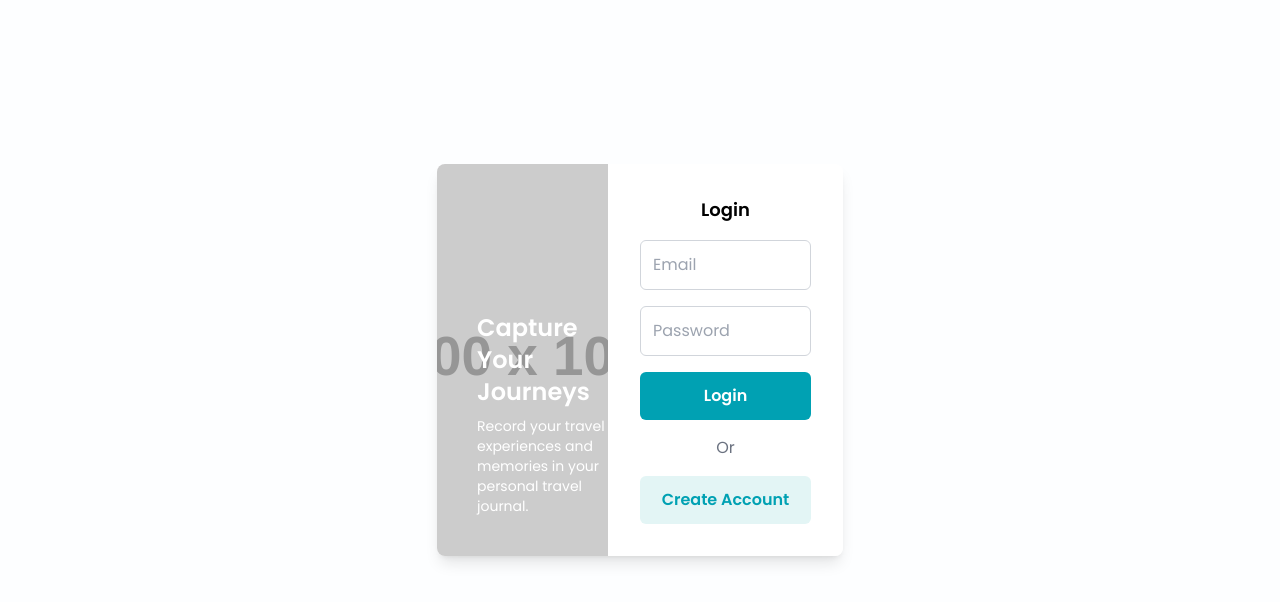
Repository: devi1262005/MERN-blogsite
Page: / (app in frontend/blog-app/)
The author's editor kept a copy of each file at every save. The page is drawn from the files as they stood at one save, then again after a run of saves.
The browser window is 1280 px wide. The pictures show the whole page.
The project was rebuilt for these pictures with package versions that can differ from the ones it lists, and the page was loaded fresh each time. Also part of the build but not shown: frontend/blog-app/vite.config.js, frontend/blog-app/src/pages/auth/SignUp.jsx, frontend/blog-app/src/pages/home/Home.jsx.

Above is the page before, as saved 2024-11-17 13:09:02.

### frontend/blog-app/src/index.css
@import url('https://fonts.googleapis.com/css2?family=Poppins:wght@400;500;600&display=swap');

@tailwind base;
@tailwind components;
@tailwind utilities;

@layer base {
  html {
    font-family: "Poppins", sans-serif;
  }
  body {
    @apply bg-[#fdfeff] flex justify-center items-center min-h-screen;
    overflow-x: hidden;
  }
}

@layer components {
  .page-container {
    @apply flex justify-center items-center w-full h-full;
  }

  .card {
    @apply flex flex-col md:flex-row bg-white rounded-lg shadow-lg w-full max-w-4xl overflow-hidden;
    margin: 16px; /* Added margin for spacing */
  }

  .left-section {
    @apply hidden md:flex flex-1 bg-cover bg-center relative;
    background-image: url("https://via.placeholder.com/100x100.png"); /* Replace with your image */
  }

  .overlay {
    @apply absolute text-white bottom-10 left-10;
  }

  .title {
    @apply text-2xl font-bold;
  }

  .subtitle {
    @apply mt-2 text-sm;
  }

  .right-section {
    @apply flex flex-col justify-center items-center p-8 flex-1 bg-white;
  }

  .login-title {
    @apply text-lg font-semibold mb-4;
  }

  .form {
    @apply w-full max-w-sm flex flex-col;
  }

  .input {
    @apply w-full p-3 mb-4 border border-gray-300 rounded-md;
  }

  .password-container {
    @apply relative flex items-center;
  }

  .login-button {
    @apply w-full p-3 bg-[#00a1b3] text-white font-bold rounded-md cursor-pointer;
  }

  .or-text {
    @apply my-4 text-gray-500;
  }

  .create-account-button {
    @apply w-full p-3 bg-[#e3f5f5] text-[#00a1b3] font-bold rounded-md cursor-pointer;
  }

  .error-text {
    @apply text-sm text-red-500 mt-2;
  }
}

### frontend/blog-app/src/App.jsx
import { BrowserRouter as Router, Routes, Route, Navigate } from "react-router-dom";
import React from "react";
import Login from "./pages/auth/Login.jsx";
import SignUp from "./pages/auth/SignUp.jsx";
import Home from "./pages/home/Home.jsx";

const App = () => {
  return (
    <div>
      <Router>
        <Routes>
          <Route path="/dashboard" element={<Home />} />
          <Route path="/login" element={<Login />} />
          <Route path="/signUp" element={<SignUp />} />
          <Route path="/" element={<Navigate to="/login" />} /> {}
        </Routes>
      </Router>
    </div>
  );
};

export default App;

### frontend/blog-app/src/pages/auth/Login.jsx
import React, { useState } from 'react';


const Login = () => {
  const [email, setEmail] = useState('');
  const [password, setPassword] = useState('');
  const [error, setError] = useState('');

  const handleLogin = (e) => {
    e.preventDefault();
    if (!email || !password) {
      setError('Please enter a valid email and password.');
      return;
    }
    if (!/\S+@\S+\.\S+/.test(email)) {
      setError('Invalid email format.');
      return;
    }
    setError('');

    // Placeholder for login API integration
    console.log('Integrate login API here.');
  };

  return (
    <div className="page-container">
      <div className="card">
        <div className="left-section">
          <div className="overlay">
            <h1 className="title">Capture Your Journeys</h1>
            <p className="subtitle">Record your travel experiences and memories in your personal travel journal.</p>
          </div>
        </div>
        <div className="right-section">
          <h2 className="login-title">Login</h2>
          <form className="form" onSubmit={handleLogin}>
            <input
              type="email"
              placeholder="Email"
              className="input"
              value={email}
              onChange={(e) => setEmail(e.target.value)}
            />
            <div className="password-container">
              <input
                type="password"
                placeholder="Password"
                className="input"
                value={password}
                onChange={(e) => setPassword(e.target.value)}
              />
            </div>
            <button type="submit" className="login-button">Login</button>
          </form>
          {error && <p className="error-text">{error}</p>}
          <p className="or-text">Or</p>
          <button className="create-account-button">Create Account</button>
        </div>
      </div>
    </div>
  );
};

export default Login;

### frontend/blog-app/tailwind.config.js
/** @type {import('tailwindcss').Config} */
export default {
  content: [
    "./index.html",
    "./src/**/*.{js,ts,jsx,tsx}",
  ],
  theme: {
    fontFamily: {
      display: ["Poppins","sans-serif"],
    },
    extend: {
      colors:{
        primary: "#05B6D3",
        secondary: "#EF863E",
      },
    },
  },
  plugins: [],
}

Loaded but not shown: frontend/blog-app/index.html (common file); frontend/blog-app/src/main.jsx (common file)

After the next 2 saves:
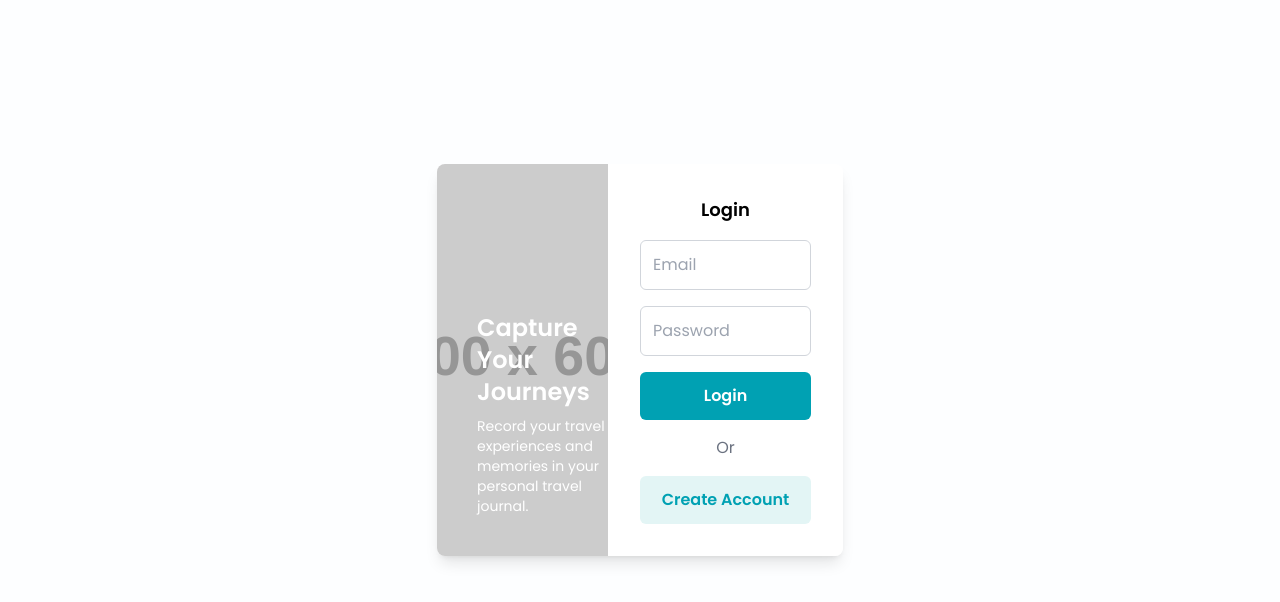
The 2 saves are shown as one change because they came seconds apart.
The last was saved 13 s later.
--- a/frontend/blog-app/src/index.css
+++ b/frontend/blog-app/src/index.css
@@ -26,7 +26,7 @@
 
   .left-section {
     @apply hidden md:flex flex-1 bg-cover bg-center relative;
-    background-image: url("https://via.placeholder.com/100x100.png"); /* Replace with your image */
+    background-image: url("https://via.placeholder.com/600x600.png"); /* Replace with your image */
   }
 
   .overlay {
